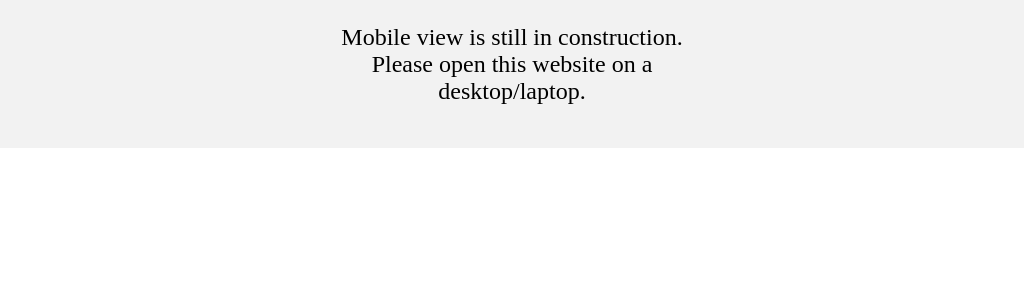
Repository: onlybond/yash-soni---portfolio
Page: /about
These files come from the project's save history. The page is drawn as it stood at one moment and after a run of saves; the edit follows.
The browser window is 1024 px wide. The pictures show the whole page.
Some web fonts or font styles are not loaded; a fallback is used. The project was rebuilt for these pictures with package versions that can differ from the ones it lists, and the page was loaded fresh each time. Also part of the build but not shown: vue.config.js, src/components/HomeSection3.vue, src/components/CircleFollow.vue, src/components/textsComponents/ArrowAnim.vue, src/components/textsComponents/StarText.vue, src/components/ImageVideoOnHover.vue, src/components/Footer.vue, src/views/HomeView.vue. Imported but missing from the stored project, and not drawn on this page: src/assets/background/spreadTheNews/home-news-4.mp4, src/assets/background/spreadTheNews/home-news-diesel-be-a-follower.mp4, src/assets/videos/footer.mp4.

Above is the page before, as saved 2023-04-02 11:12:17.

### public/index.html
<!DOCTYPE html>
<html lang="fr">
  <head>
    <meta charset="utf-8" />
    <meta http-equiv="X-UA-Compatible" content="IE=edge" />
    <meta name="viewport" content="width=device-width,initial-scale=1.0" />

    <meta name="title" content="Yash Soni" />
    <meta name="description" content="Portfolio" />

    <link rel="icon" href="<%= BASE_URL %>favicon.ico" />

    <title>Yash Soni</title>
  </head>
  <body>
    <noscript>
      <strong
        >We're sorry but <%= htmlWebpackPlugin.options.title %> doesn't work
        properly without JavaScript enabled. Please enable it to
        continue.</strong
      >
    </noscript>

    <div id="app" data-scroll-container></div>
    <!-- built files will be auto injected -->
  </body>
</html>

### src/App.vue
<template>
  <Header></Header>
  <Loader></Loader>
  <main class="page">
    <router-view/>
  </main>
  <MobileMessage class="mobile" v-if="showMobileMessage" />
</template>
<script>
import Header from "@/components/Header";
import Loader from "@/components/Loader";
import MobileMessage from "@/components/MobileMessage";

export default {


  components: {
    Header,
    Loader,
    MobileMessage
  },
  computed: {
    showMobileMessage() {
      return window.innerWidth <= 1024;
    }
  }
}
</script>

<style lang="scss">
  @font-face {
    font-family: "Lausanne-300";
    src: url('@/fonts/TWKLausanne-300.7842412.woff2') format("woff2");
    font-display: swap;
  }
  @font-face {
    font-family: "Lausanne-400";
    src: url('@/fonts/TWKLausanne-400.3ab9e07.woff2') format("woff2");
    font-display: swap;
  }
  @font-face {
    font-family: "Lausanne-500";
    src: url('@/fonts/TWKLausanne-500.e59d791.woff2') format("woff2");
    font-display: swap;
  }
  @import '@/assets/style/variables';
  @import "@/assets/style/components/mainComponents";
  @import "@/assets/style/pages/home";
  @import "@/assets/style/components/header";
  @import "@/assets/style/components/loader-image";
  @import "@/assets/style/utilities.scss";
  @import "@/assets/style/base.css";
  @import "@/assets/style/components/footer";




#app {
  font-family: $ffLausanne300;



}
body{
  margin: 0;
  background: $white;
}
@media (max-width: 1024px) {
  /* hide all other components */

  #app > *:not(.mobile-message) {
    display: none;
  }
}



</style>

### src/router/index.js
import { createRouter, createWebHistory } from 'vue-router'
import HomeView from '../views/HomeView.vue'
import AboutView from '../views/AboutView.vue'
const routes = [
  {
    path: '/',
    name: 'home',
    component: HomeView
  },
  {
    path: '/about',
    name: 'about',
    // route level code-splitting
    // this generates a separate chunk (about.[hash].js) for this route
    // which is lazy-loaded when the route is visited.
    component: AboutView
  }
]

const router = createRouter({
  history: createWebHistory(),
  routes
})

export default router

### src/assets/style/variables.scss
body{
  background: #2c3e50;


}

* {
  -webkit-font-smoothing: antialiased;
  -moz-osx-font-smoothing: grayscale;
}
/* Colors */
$white: #FFFFFF;
$black: #0d0e13;
$story: #070707;
$sand: #e0ccbb;

/* Font size */
$fsh1: 20rem;
$fsh2: 13rem;
$fsh3: 1.5rem;
$fsText: 1.3rem;

//responsive
$fsh1-med: 16rem;
$fsh2-med: 9rem;
$fsh3-med: 1.4rem;
$fsText-med: 1rem;





/* Font family */
$ffLausanne300: 'Lausanne-300'

### src/assets/style/components/mainComponents.scss
.page {
  transform-origin: top;
}
#kingkongLoader {
  position: absolute;
  top: 50%;
  left: 50%;
  transform: translate(-50%, -50%);
  width: 14vw;
  height: 14vw;
  z-index: 10;
  color: red;
  display: none;
  path {
    stroke: #2c3e50;
    fill-rule: nonzero;
  }
}

.container {
  margin: 0 8vw;
}
.screenSection {
  height: 100vh;
  width: 100vw;
}

//texte underline from left to right animation
.anim {
  position: relative;
  padding: 5px 0;
}

.anim::before {
  content: "";
  display: block;
  height: 1px;
  width: 100%;
  background: $black;
  position: absolute;
  bottom: 0px;
  transform-origin: right center;
  left: 0;

  transform: scaleX(0);
  transition: transform 0.6s cubic-bezier(0.165, 0.84, 0.44, 1);
}
.sand::before {
  background-color: $sand;
}
.anim:hover::before {
  transform: scaleX(1);
  transform-origin: left center;
}

//link with arrow coming from left animation
.flecheAnim {
  display: flex;
  align-items: center;
  gap: 10px;
  position: relative;
  pointer-events: all;
}
.flecheAnim a {
  position: relative;
  text-decoration: none;
  transition: transform 0.6s cubic-bezier(0.165, 0.84, 0.44, 1);
}
.flecheAnim a::after {
  content: "";
  display: block;
  height: 1px;
  width: 100%;
  position: absolute;
  bottom: -5px;
  transform-origin: right center;
  left: 0;
  transform: scaleX(1);
  transition: transform 0.6s cubic-bezier(0.165, 0.84, 0.44, 1);
}
.flecheAnim .aWhite::after {
  background: $white;
}
.flecheAnim .aBlack::after {
  background: $black;
}
.flecheAnimCircle {
  width: 5px;
  height: 5px;
  border: 1px solid;

  border-radius: 50%;
  position: relative;
}
.whiteCircle {
  width: 2px;
  height: 2px;
  border-radius: 50%;
  opacity: 1;
  display: flex;
  align-items: center;
  justify-content: center;
  position: absolute;
  top: 50%;
  left: 50%;
  z-index: 5;
  transition: transform 0.6s cubic-bezier(0.165, 0.84, 0.44, 1);
  transform: translate(-50%, -50%) scale(0);
  transform-origin: center;
  overflow: hidden;
}
.blackArrow {
  width: 14px;
  height: 14px;
  position: absolute;
  top: 50%;
  left: 50%;
  z-index: 6;
  transform: translate(-100%, -50%) scale(calc(1 / 18));
  display: flex;
  place-items: center;
  transform-origin: center;
  transition: transform 0.5s cubic-bezier(0.165, 0.84, 0.44, 1);
}

//hover ---------------
.flecheAnim:hover a::after {
  transform: scaleX(0);
}

.flecheAnim:hover {
  a {
    transform: translateX(16px);
  }
  .whiteCircle {
    transform: translate(-50%, -50%) scale(18);
  }
  .blackArrow {
    transform: translate(-44%, -48%) scale(calc(1/10));
    // margin: 2px;
  }
}
//-----------------------

//animation du texte on load

.textAnimStart-container {
  height: fit-content;
  overflow: hidden;
  .textAnimStart {
    display: block;
    margin-right: 10px;
  }
}
//circle follow the mouse

.circleFollow {
  position: fixed;
  z-index: 15;
  pointer-events: none;
  width: 80px;
  height: 80px;
  top: 0;
  left: 0;
  border-radius: 50%;
  transform: translate(0, 0) scale(0);
  transition: all 0.7s cubic-bezier(0.165, 0.84, 0.44, 1);
  background: rgba(108, 108, 108, 0.15);
  -webkit-tap-highlight-color: transparent;
  -webkit-box-shadow: inset 1px 0px 187px 93px rgba(77, 77, 77, 1);
  -moz-box-shadow: inset 1px 0px 187px 93px rgba(77, 77, 77, 1);
  box-shadow: inset 1px 0px 187px 93px rgba(77, 77, 77, 1);
  // filter: blur(1px);
  // opacity: 0.8;
  display: grid;
  place-items: center;
  p {
    color: $white;
  }
}

### src/assets/style/pages/home.scss

//Hero
.containerHero{
  display: block;
  z-index: 2;
  position: relative;
  height: fit-content;
  transform: scaleY(1);
  transform-origin: center;
   .container{
     pointer-events: none;
   }



  .textHero{
    display: grid;
    grid-template-columns: repeat(12, 1fr);
    grid-column-gap: 2.2vw;
    align-items: flex-start;


  }
  .intro{
    grid-column-start: 1;
    grid-column-end: 12;

    padding-top: 60vh;



    display: flex;
    flex-direction: column;
    gap: 10px;

  }
  p{
    margin: 0;
    width: fit-content;
    text-align: left;
  }
  .title{
    grid-column-start: 1;
    grid-column-end: 13;
    width: 100%;
    margin: 30px;
    display: flex;
    flex-direction: column;
    align-items: flex-start;
    font-size: 6.25em;
    margin-top: 9%;
    transform: translateX(-1.38889vw);
    p{
      display: block;
      margin: -10px;
      letter-spacing: -10px;
      width: 100%;
    }

  }


  .underTitle{

    display: block;
    display: grid;
    grid-template-columns: repeat(12, 1fr);
    grid-template-rows: repeat(2, auto);
    grid-column-gap: 2.2vw;
    align-items: flex-start;
    margin-top: 10%;
    a{
      color: $white;
      text-decoration: none;
      text-align: left;

    }
    ul{
      list-style-type: none;
      display: flex;
      flex-direction: column;
      align-items: flex-start;

      padding: 0;
      pointer-events: all;
    }


    .paragraphe{
      grid-column: 1/7;
      grid-row: 1;

      line-height: 1.7rem;
      margin-bottom: 6vw;

    }
    .studio{
      grid-column: 1/3;
      grid-row: 2;
      width: fit-content;




    }
    .underTitleNav{
      grid-column: 9/10;
      grid-row: 2;
      margin-top: -55px;

      ul{
        pointer-events: all;
        margin-bottom: 10vh;
      }

    }
    .contact{
      grid-column: 11/13;
      grid-row: 2;
      margin-top: -40px;

    }

  }
}

//images section grid

.work{


  font-weight: 300;
  margin-left: 8%;
  height: fit-content;
  overflow: hidden;

  span{
    display: block;
    transform: translateY(100%) rotate(8deg);
    opacity: 0;
    transition: all 1s cubic-bezier(0.165, 0.84, 0.44, 1);
    transition-delay: 0.3s;
  }

}
.work.is-inview{
  span{
    transform: translateY(0) rotate(0);
    opacity: 1;
  }

}

//le reste dans le composent ImageVideoOnHover

.flechePhotos{
  position: absolute;
  bottom: 10%;
  right: 75%;
}






//spread the news
.spreadTheNewsSec{
  width: 100vw;
  margin-top: 100px;
  overflow: hidden;
  position: relative;
  background-color:#ffffff;


  ul{
    margin-bottom: calc(30vw + 20px);
    margin-bottom:-30%;
    margin-top:-30%;
    padding: 0;
    height: 66vw;
    list-style-type: none;
  }
  li:first-child {
    margin: auto;
    width: 25vw;
    img{
      width: 100%;
      object-fit: contain;
    }
  }
  .two{
    position: absolute;
    width: 25vw;
    top: 15%;
    left: 15%;

    video{
      width: 100%;
    }
  }
  .three{
    position: absolute;
    width: 14vw;
    top: 5%;
    right: 26%;
    img{
      width: 100%;
    }
  }
  .four{
    position: absolute;
    right: 12%;
    top: 55%;
    width: 25vw;
    video{
      width: 100%;
    }
  }
  .five{
    position: absolute;
    top: 52%;
    left: 10%;
    width: 25vw;
    img{
      width: 100%;
    }
  }



  .text{
    text-align: center;
    margin: 40% auto 20vw auto;
    width: 50vw;
    display: flex;
    flex-direction: column;
    gap: 3vw;
    color:$black;
    z-index: 10;
    h1{
      font-weight: 200;
      margin: 0;
      height: fit-content;
    }
    & > :last-child, .starText{
      margin: 0 auto;
      width: fit-content;
    }

  }
}

// @media screen and (max-width:300px) {
//   .containerHero{
//     .title{
//       font-size: small;
//       display: flex;
//     flex-direction: column;
//     align-items: flex-start;
//     }
//   }
// }

### src/assets/style/components/header.scss
/*header*/

.pageHeader{
  position: fixed;
  z-index: 4;
  display: flex;
  align-items: center;
  justify-content: space-between;
  width: 100vw;


  // pointer-events: none;
  .textAnimStart-container{
    transition: opacity 0.3s ease;

    img{
      width: 10rem;
      height: inherit;
      padding-left: 2rem;
    }
    .logo2{
      width: 5rem;
      filter: drop-shadow(0px 4px 3px #010101);

    }
    img:hover{
      // background-color:white;
      transform: scale(1.1) translateX(-10px);
      transition: transform 0.9s ease;

    }
  }
  ul{
    transition: opacity 0.3s ease;
  }
  nav{
    position: relative;
    z-index: 5;

    a{
      color: black;

      text-decoration: none;
      font-weight: 200;
    }
    ul{
      list-style-type: none;
      display: flex;
      gap: 2rem;
      pointer-events: all;
      padding: 3rem;
      margin: 0;



    }
    li{

      position: relative;

    }
    .stateScroll{
      opacity: 0;
      transition: opacity 0.3s ease;
    }
  }


  .hambContainer{
    display: none;
    pointer-events: all;
    cursor: pointer;
    align-items: center;
    gap: 20px;
    padding: 3rem;
    .hamb{
      transition: transform 0.3s cubic-bezier(0.165, 0.84, 0.44, 1);
      display: flex;
      flex-direction: column;
      width: 22px;
      height: 14px;
      justify-content: space-between;
      margin-left: 6px;

      .line {
        width: 100%;
        height: 2px;

        background: $black;
        display: block;
        transition: transform 0.1s cubic-bezier(0.165, 0.84, 0.44, 1);
        transform-origin: right;
        mix-blend-mode: difference;

      }
    }
    &:hover{
      .hamb, .croix{
        transform: rotate(90deg);
      }

    }
    .croix{
      display: none;
      width: 28px;
      height: 28px;
      transition: transform 0.3s cubic-bezier(0.165, 0.84, 0.44, 1);
      flex-direction: column;
      justify-content: space-between;
      .croixLine1{
        height: 16px;
        transform: translate(-13%, 21%);
      }
      .croixLine2{
        height: 16px;
        transform: translate(-13%, 61%);
      }
      .croixLine1 span{

        display: block;
        width: 100%;
        height: 2px;
        background-color: $white;

        transform: rotateZ(-45deg) scaleX(0);
        transform-origin: right;
      }
      .croixLine2 span{
        transform: rotateZ(45deg) scaleX(0);
        content: "";
        display: block;
        width: 100%;
        height: 2px;
        background-color: $white;

        transform-origin: right;
      }
    }
  }
}

//section header on click of the hamburger

### src/assets/style/components/loader-image.scss
.loader {
  width: 100vw;
  height: 100vh;
  position: fixed;
  clip-path: polygon(0% 0%, 100% 0%, 100% 140%, 0% 110%);
  background: $black;
  z-index: 4;
  inset: 0;
}
@keyframes loadUp {
  0% {
    clip-path: polygon(0% 0%, 100% 0%, 100% 100%, 0% 100%);
  }
  100% {
    clip-path: polygon(0% 0%, 100% 0%, 100% 0%, 0% 0);
  }
}

.background {
  transform: translate(-50%, 0);
  transform-origin: top;
  top: 0;
  left: 50%;
  width: 110%;
  height: 100%;
  position: absolute;
  z-index: -1;
  overflow: hidden;

  picture {
    display: block;

    height: 100%;
    width: 100%;
    img {
      width: 100%;
      height: 130%;
      object-fit: cover;
      object-position: center top;

      display: block;
    }
  }

  overflow: hidden;
  img {
    object-fit: contain;
    width: 100%;
  }
}

### src/assets/style/utilities.scss

.flex {
  display: flex;
}
.flexColumn {
  display: flex;
  flex-direction: column;
}
space {
  justify-content: space-between;
}


/* Colors */

.bgBlack {background-color: $black;}
.bgWhite {background-color: $white;}
.bgStory {background-color: $story;}
.bgSand {background-color: $sand;}

.opacity-8{opacity: 0.8;}
.opacity-6{opacity: 0.6;}

.txtBlack {color: $black !important;}
.txtWhite {color: $white;}
.txtStory {color: $story;}
.txtSand {color: $sand;}

.fillWhite{fill: $white;}
.fillBlack{fill: $black;}
.fillStory{fill: $story;}
.fillSand{fill: $sand;}

.borderWhite{border-color: $white;}
.borderBlack{border-color: $black;}

/* Typography */

.letter-spacing-h1 { letter-spacing: -8px }

.fsh1 {font-size: $fsh1;}
.fsh2 {font-size: $fsh2;}
.fsh3 {font-size: $fsh3;}
.fsText {font-size: $fsText;}
@media screen and (max-width: 1800px) {
  .fsh1 {font-size: $fsh1-med;}
  .fsh2 {font-size: $fsh2-med;}
  .fsh3 {font-size: $fsh3-med;}
  .fsText {font-size: $fsText-med;}
}


.ffFutura {font-family: $ffLausanne300;}

### src/assets/style/components/footer.scss
footer{
  background: $story;
  width: 100vw;
  padding: 5rem 0 5rem 0;
  overflow: hidden;

  h2{
    font-weight: 200;
    margin: 0;
    display: flex;width: 100%;

    & :last-child{
      position: relative;
    }
    video{
      position: absolute;
      top: 0;left: 5%;
      height: 100%;
      width: calc(95% + 8vw);
    }
  }

  .line{
    height: 2px;
    width: 100%;
    margin: 4rem 0;
    display: block;
    background-color: $sand;
  }
  .footerFirstDiv{
    position: relative;
    height: auto;
  }
  .footerSecondDiv{
    justify-content: space-between;
    align-items: flex-end;
    width: 100%;
    nav{
      justify-content: space-between;
      gap: 8vw;

      ul{
        margin: 0;
        padding: 0;
        list-style-type: none;
        li{
          width: fit-content;
        }

        a{
          color: $sand;
          text-decoration: none;
        }
      }
    }

  }
}

### src/assets/style/base.css
/*! locomotive-scroll v4.1.3 | MIT License | https://github.com/locomotivemtl/locomotive-scroll */
html.has-scroll-smooth {
    overflow: hidden; }

html.has-scroll-dragging {
    -webkit-user-select: none;
    -moz-user-select: none;
    -ms-user-select: none;
    user-select: none; }

.has-scroll-smooth body {
    overflow: hidden; }

.has-scroll-smooth [data-scroll-container] {
    min-height: 100vh; }

[data-scroll-direction="horizontal"] [data-scroll-container] {
    height: 100vh;
    display: inline-block;
    white-space: nowrap; }

[data-scroll-direction="horizontal"] [data-scroll-section] {
    display: inline-block;
    vertical-align: top;
    white-space: nowrap;
    height: 100%; }

.c-scrollbar {
    position: absolute;
    right: 0;
    top: 0;
    width: 11px;
    height: 100%;
    transform-origin: center right;
    transition: transform 0.3s, opacity 0.3s;
    opacity: 0; }
.c-scrollbar:hover {
    transform: scaleX(1.45); }
.c-scrollbar:hover, .has-scroll-scrolling .c-scrollbar, .has-scroll-dragging .c-scrollbar {
    opacity: 1; }
[data-scroll-direction="horizontal"] .c-scrollbar {
    width: 100%;
    height: 10px;
    top: auto;
    bottom: 0;
    transform: scaleY(1); }
[data-scroll-direction="horizontal"] .c-scrollbar:hover {
    transform: scaleY(1.3); }

.c-scrollbar_thumb {
    position: absolute;
    top: 0;
    right: 0;
    background-color: black;
    opacity: 0.5;
    width: 7px;
    border-radius: 10px;
    margin: 2px;
    cursor: -webkit-grab;
    cursor: grab; }
.has-scroll-dragging .c-scrollbar_thumb {
    cursor: -webkit-grabbing;
    cursor: grabbing; }
[data-scroll-direction="horizontal"] .c-scrollbar_thumb {
    right: auto;
    bottom: 0; }

### src/components/Header.vue
<template>
  <header class="pageHeader" :class = "{flexbwn : this.headerHidden}">
    <div class="textAnimStart-container stateInit">
      <a href="/">
        <img class="anim logo textAnimStart" src="@/assets/logo.png" alt="" />
      </a>
    </div>

    <div class="textAnimStart-container stateScroll" :class="{ hidden: !headerHidden }">
      <a href="/">
        <img class="anim logo2" src="@/assets/logo2.png" alt="" />
      </a>
    </div>
    <nav class="fsText txtWhite">
      <ul class="stateInit">
        <li class="anim textAnimStart-container">
          <a class="textAnimStart" href="/#">Work</a>
        </li>
        <li class="anim textAnimStart-container">
          <a class="textAnimStart" href="/#">Studio</a>
        </li>
        <li class="anim textAnimStart-container">
          <a class="textAnimStart" href="/#">News</a>
        </li>
        <li class="anim textAnimStart-container">
          <a class="textAnimStart" href="/#">Contact</a>
        </li>
      </ul>
      <div @click="hambClick()" class="hambContainer stateScroll flex">
        <div class="hamb">
          <div class="line line1"></div>
          <div class="line line2"></div>
          <div class="line line3"></div>
        </div>
        <div class="croix">
          <div class="croixLine croixLine1"><span></span></div>
          <div class="croixLine croixLine2"><span></span></div>
        </div>
      </div>
    </nav>
  </header>
</template>

<script>
import gsap from "gsap";
import CustomEase from "gsap/CustomEase";

export default {
  name: "Header",
  data() {
    return {
      hambMenuOn: false,
      headerHidden: false
    };
  },
  mounted() {
    window.addEventListener("scroll", this.handleScroll);
  },



  methods: {
    handleScroll() {
      const headerHeight = this.$el.clientHeight;
      const scrollPosition = window.scrollY;

      if (scrollPosition > headerHeight) {
        this.headerHidden = true;
      } else {
        this.headerHidden = false;
      }
    },
    hambClick: function () {
      var test = CustomEase.create("superEase", "M0,0 C0.496,0.004 0,1 1,1");
      /*create("custom","M0,0 C0.198,0 1,0.1 1,1")
      create("custom","M0,0 C0,0.202 0.204,1 1,1")*/
      if (!this.hambMenuOn) {
        //hide hamb
        var crossHamb = gsap.timeline();
        crossHamb.set(".pageHeader", { zIndex: 6 });
        crossHamb.add("hideHamb");
        crossHamb.add("hideShow");
        crossHamb.add("showCross");

        crossHamb.to(
          ".line1",
          { scaleX: 0, duration: 0.1, ease: "linear" },
          "hideHamb"
        );
        crossHamb.to(
          ".line2",
          { scaleX: 0, duration: 0.1, ease: "linear", delay: 0.12 },
          "hideHamb"
        );
        crossHamb.to(
          ".line3",
          { scaleX: 0, duration: 0.1, ease: "linear", delay: 0.22 },
          "hideHamb"
        );

        crossHamb.set(".hamb", { display: "none", delay: 0.35 }, "hideShow");

        crossHamb.set(".croix", { display: "flex", delay: 0.35 }, "hideShow");
        crossHamb.to(
          ".croixLine1 span",
          {
            scaleX: 1,
            rotate: -45,
            duration: 0.2,
            ease: "linear",
            delay: 0.37,
          },
          "showCross"
        );
        crossHamb.to(
          ".croixLine2 span",
          { scaleX: 1, rotate: 45, duration: 0.2, ease: "linear", delay: 0.47 },
          "showCross"
        );

        var show = gsap.timeline();
        show.set(".hambContentWrapper", { display: "block" });
        show.set(".loader", { display: "block" });

        show.add("down");
        show.to(
          ".loader",
          {
            clipPath: "polygon(0% 0%, 100% 0%, 100% 140%, 0% 110%)",
            delay: 0.1,
            duration: 1,
            ease: "superEase",
          },
          "down"
        );
        show.to(
          ".page",
          {
            rotate: 7,
            scale: "1.4",
            translateY: "5%",
            delay: 0.1,
            duration: 1,
            ease: "superEase",
          },
          "down"
        );
        show.to(
          ".hambContentWrapper",
          {
            translateY: 0,
            translateX: 0,
            rotate: 0,
            scale: 1,
            delay: 0.1,
            duration: 1,
            ease: "superEase",
          },
          "down"
        );

        this.hambMenuOn = true;
        return;
      }
      if (this.hambMenuOn) {
        gsap.to(".croixLine1 span", {
          scaleX: 0,
          rotate: -45,
          duration: 0.2,
          ease: "linear",
        });
        gsap.to(".croixLine2 span", {
          scaleX: 0,
          rotate: 45,
          duration: 0.2,
          ease: "linear",
          delay: 0.15,
        });

        gsap.set(".croix", { display: "none", delay: 0.5 });

        //show hamb
        gsap.set(".hamb", { display: "flex", delay: 0.5 });
        gsap.to(".line3", {
          scaleX: 1,
          duration: 0.1,
          ease: "linear",
          delay: 0.52,
        });
        gsap.to(".line2", {
          scaleX: 1,
          duration: 0.1,
          ease: "linear",
          delay: 0.64,
        });
        gsap.to(".line1", {
          scaleX: 1,
          duration: 0.1,
          ease: "linear",
          delay: 0.74,
        });

        var hide = gsap.timeline();
        hide.add("up");
        hide.to(
          ".loader",
          {
            clipPath: "polygon(0% 0%, 100% 0%, 100% 0%, 0% 0%)",
            delay: 0.1,
            duration: 1,
            ease: "superEase",
          },
          "up"
        );
        hide.to(
          ".page",
          {
            rotate: 0,
            scale: "1",
            translateY: "0",
            delay: 0.1,
            duration: 1,
            ease: "superEase",
          },
          "up"
        );
        hide.to(
          ".hambContentWrapper",
          {
            translateY: "-70%",
            rotate: -10,
            scale: 1.4,
            delay: 0.1,
            duration: 1,
            ease: "superEase",
          },
          "up"
        );

        this.hambMenuOn = false;
        return "";
      }
    },
  },
};
// if (this.hambMenuOn){
//   console.log("HAMBERGER MENU");
// }
// computed: {
//   function logoSrc() {
//     return this.hambMenuOn ? console.log("logo2") : console.log("logo.png");
//   }
// }
</script>


<style>
.hidden {
  display: none;
}
.flexbwn{
  display: flex;
  justify-content: space-between;
  align-items:center;
}
</style>

### src/components/Loader.vue
<template>
  <div class="loader">
    <div class="container">
      <img src="@/assets/logo2.png" alt="logo" class="logo-back" />
      <img src="@/assets/logo1.png" alt="logo" class="logo" />
      <div class="overlay"></div>
    </div>
  </div>
</template>

<script>
export default {
  name: "Loader",
  data() {
    return {
      opacity: 0,
    };
  },
  mounted() {
    const duration = 3000; // duration in milliseconds
    const interval = 16; // interval in milliseconds

    let elapsed = 0;
    const timer = setInterval(() => {
      elapsed += interval;
      this.opacity = elapsed / duration;

      if (elapsed >= duration) {
        clearInterval(timer);
      }
    }, interval);
  },
};
</script>

<style scoped>
.loader {
  width: 100vw;
  height: 100vh;
  display: flex;
  justify-content: center;
  align-items: center;
}
.container{
  position:relative;
  width: 20vh;
  height: 20vh;
  overflow:hidden;
}
.logo {
  position: absolute;
  width: 21vh;
  height: 21vh;
  z-index: 1;
}
.logo-back {
  position: absolute;
  width: 21vh;
  height: 21vh;
  z-index: -1;
  opacity:0.3
}

.overlay {
  position: absolute;
  width: 19vh;
  height: 19vh;
  background: #fff;
  z-index: 0;
  animation: SlideIn 3s ease;
}
@keyframes SlideIn {
  0% {
    transform: translateY(100%);
  }
  100% {
    transform: translateY(0%);
  }
}
</style>

### src/components/MobileMessage.vue
<template>
    <div class="mobile-message">
        <p>Mobile view is still in construction.<br/> Please open this website on a desktop/laptop.</p>
    </div>
</template>
<script>
export default {
    name: "MobileMessage"
};
</script>

<style>
.mobile-message {
    display: flex;
    justify-content: center;
    align-items: center;
    /* width: 100%;
    height: 100%; */
    /* padding: 20px; */
    background-color: #f2f2f2;
    font-size: 1.5rem;
    text-align: center;
}
p{
    width: 400px;
    height: 100px;
}
</style>

Loaded but not shown: src/main.js (common file); src/views/AboutView.vue (common file)

After the next 2 saves:
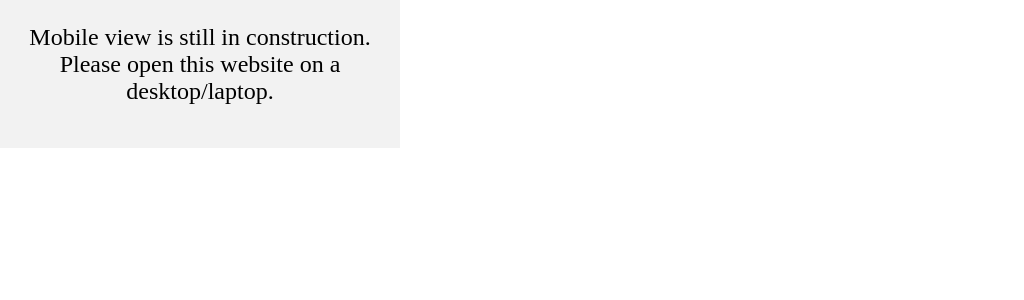
The 2 saves are shown as one change because they came seconds apart.
The last was saved 7 s later.
--- a/src/App.vue
+++ b/src/App.vue
@@ -67,7 +67,10 @@ body{
 }
 @media (max-width: 1024px) {
   /* hide all other components */
+  #app{
+    display: flex;
 
+  }
   #app > *:not(.mobile-message) {
     display: none;
   }
